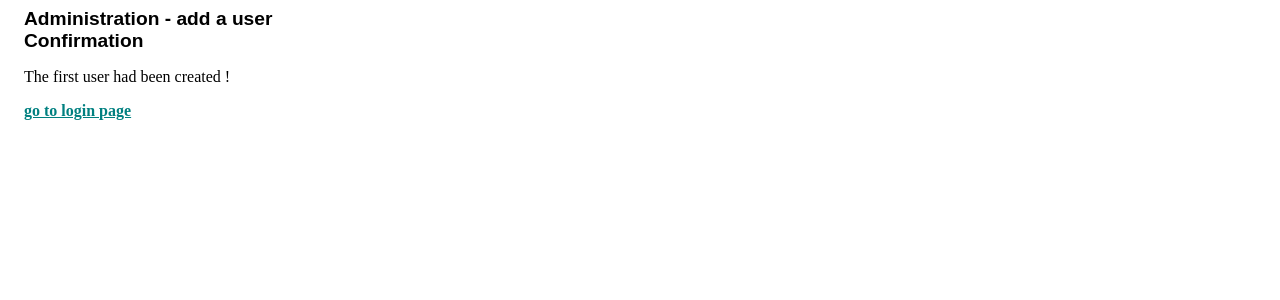
Repository: adrien2riviere/articles_application
Page: itemapp/itemapp/src/main/resources/templates/admin/admconf.html
The author's editor kept a copy of each file at every save. The page is drawn from the files as they stood at one save, then again after the next save.
The browser window is 1280 px wide. The pictures show the whole page.

Above is the page before, as saved 2025-10-19 10:23:25.

After the next save:
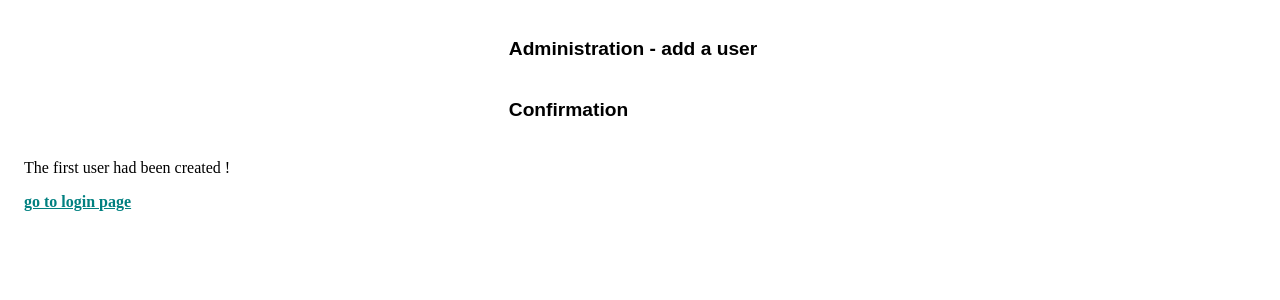
Saved 13 s later.
--- a/itemapp/itemapp/src/main/resources/static/css/admin/admconf.css
+++ b/itemapp/itemapp/src/main/resources/static/css/admin/admconf.css
@@ -5,7 +5,10 @@ body {
 h2 {
 	font-family:Arial;
 	font-size: 1.2em;
+	width:14.5em;
 	margin:auto;
+	margin-top:2em;
+	margin-bottom:2em;
 }
 
 h3 {
